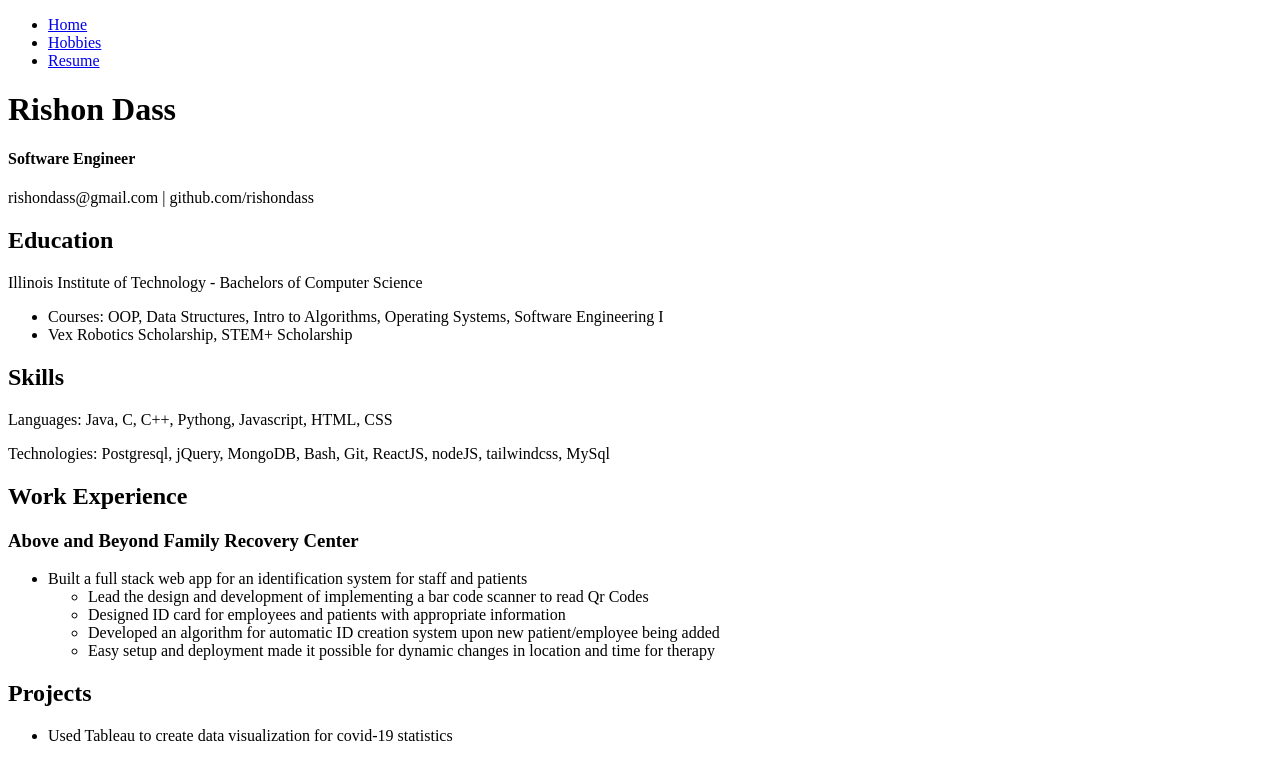
Repository: rishondass/ITMD361-Project1
Page: resume.html
An editor plug-in stored every save of this project. The page is shown before and after a run of saves, followed by the edit.
The browser window is 1280 px wide. The pictures show the whole page.

Above is the page before, as saved 2023-02-22 15:23:58.

### resume.html
<!DOCTYPE html>
<html lang="en">
<head>
    <meta charset="UTF-8">
    <meta name="viewport" content="width=device-width, initial-scale=1.0">
    <title>Resume</title>
</head>
<body>
    <nav>
        <ul>
            <li>
                <a href="index.html">Home</a>
            </li>
            <li>
                <a href="hobbies.html">Hobbies</a>
            </li>
            <li>
                <a href="resume.html">Resume</a>
            </li>
        </ul>
    </nav>
    <div>
        <h1>
            Rishon Dass
        </h1>
        <h4>
            Software Engineer
        </h4>
        <p>
            rishondass@gmail.com | github.com/rishondass
        </p>
    </div>
    <div>
        <h2>
            Education
        </h2>
        <p>
            Illinois Institute of Technology - Bachelors of Computer Science
        </p>
        <ul>
            <li>
                Courses: OOP, Data Structures, Intro to Algorithms, Operating Systems, Software Engineering I
            </li>
            <li>
                Vex Robotics Scholarship, STEM+ Scholarship
            </li>
        </ul>
    </div>
    <div>
        <h2>
            Skills
        </h2>
        <p>
            Languages: Java, C, C++, Pythong, Javascript, HTML, CSS
        </p>
        <p>
            Technologies: Postgresql, jQuery, MongoDB, Bash, Git, ReactJS, nodeJS, tailwindcss, MySql
        </p>
    </div>
    <div>
        <h2>
            Work Experience
        </h2>
        <h3>
            Above and Beyond Family Recovery Center
        </h3>
        <ul>
            <li>
                Built a full stack web app for an identification system for staff and patients
                <ul>
                    <li>
                        Lead the design and development of implementing a bar code scanner to read Qr Codes
                    </li>
                    <li>
                        Designed ID card for employees and patients with appropriate information
                    </li>
                    <li>
                        Developed an algorithm for automatic ID creation system upon new patient/employee being added
                    </li>
                    <li>
                        Easy setup and deployment made it possible for dynamic changes in location and time for therapy
                    </li>
                </ul>
            </li>
        </ul>
    </div>

    <div>
        <h2>
            Projects
        </h2>
        <ul>
            <li>
                Used Tableau to create data visualization for covid-19 statistics
            </li>
        </ul>
    </div>
</body>
</html>

After the next 3 saves:
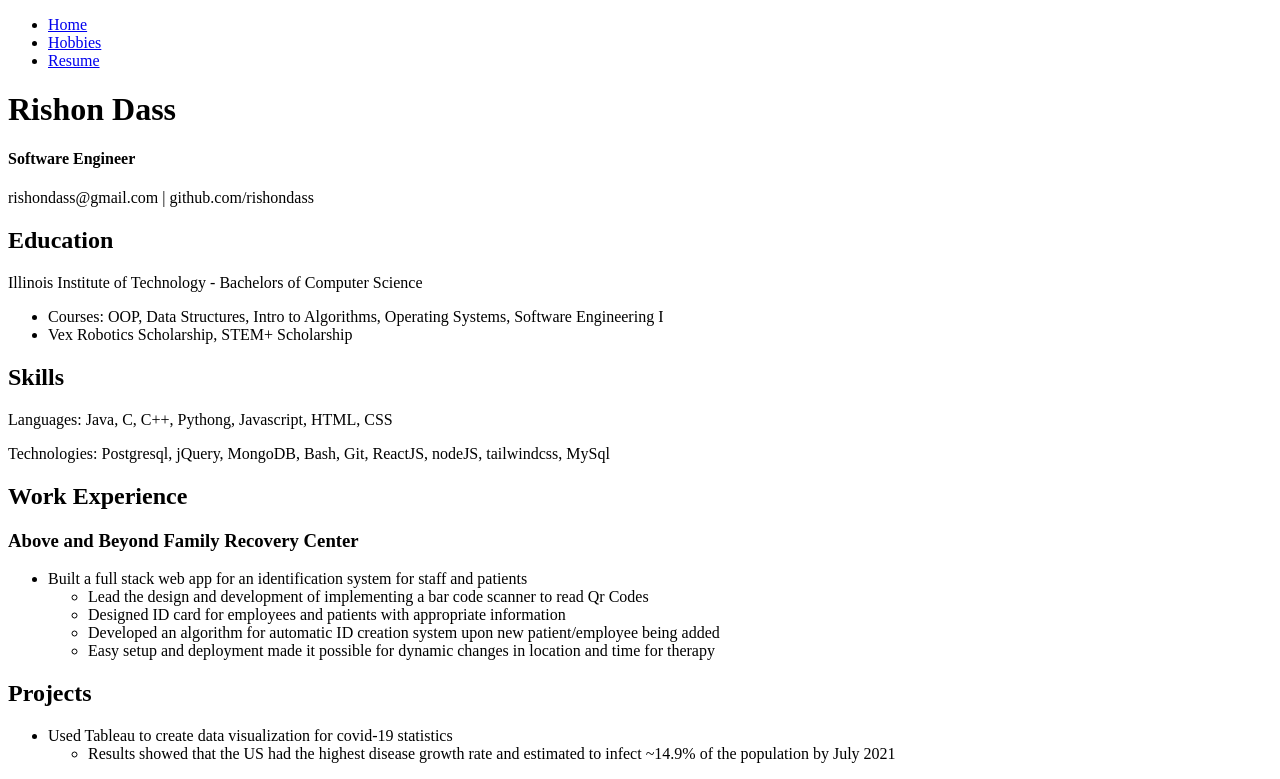
The 3 saves are shown as one change because they came seconds apart.
The last was saved 15 s later.
--- a/resume.html
+++ b/resume.html
@@ -92,6 +92,12 @@
         <ul>
             <li>
                 Used Tableau to create data visualization for covid-19 statistics
+                <ul>
+                    <li>
+                        Results showed that the US had the highest disease growth rate and estimated to infect ~14.9% of the
+                        population by July 2021
+                    </li>
+                </ul>
             </li>
         </ul>
     </div>
